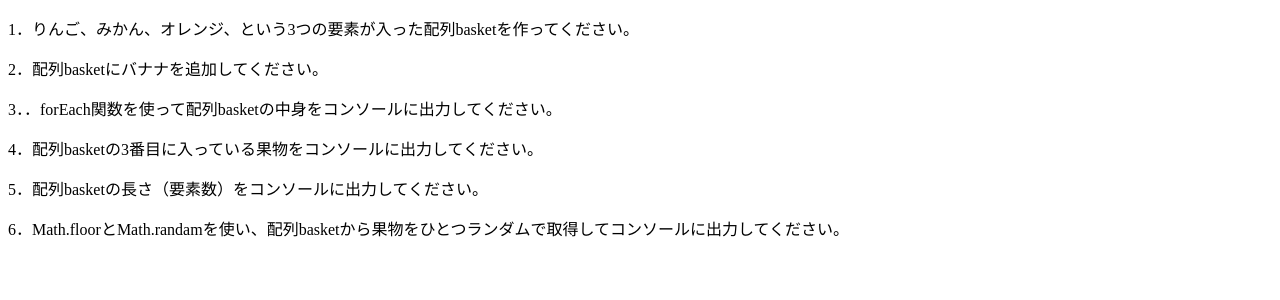
Repository: myojosamurai/Samurai_JS-
Page: javascript1/shukudai3-1.html
The author's editor kept a record of every edit. The page is drawn from the files as they stood at one moment, then again after the next edit.
The browser window is 1280 px wide. The pictures show the whole page.

Above is the page before.

### javascript1/shukudai3-1.html
<!DOCTYPE html>
<html lang="ja">
  <head>
    <meta charset="utf-8">
    <title>3章宿題</title>
<body>
    <p>1．りんご、みかん、オレンジ、という3つの要素が入った配列basketを作ってください。</p>
    <p>2．配列basketにバナナを追加してください。</p>
    <p>3．．forEach関数を使って配列basketの中身をコンソールに出力してください。</p>
    <p>4．配列basketの3番目に入っている果物をコンソールに出力してください。</p>
    <p>5．配列basketの長さ（要素数）をコンソールに出力してください。</p>
    <p>6．Math.floorとMath.randamを使い、配列basketから果物をひとつランダムで取得してコンソールに出力してください。</p>
    <script>
       const basket = ['りんご','みかん','オレンジ'];
       basket.push('バナナ');

       basket.forEach( element => {
          console.log(element);
       })

       console.log(basket[2]);
       console.log(basket.length);
       const rnd = Math.floor(Math.random() * basket.length);
       console.log(basket[rnd]);
    </script>
</body>
</html>

After the next edit:
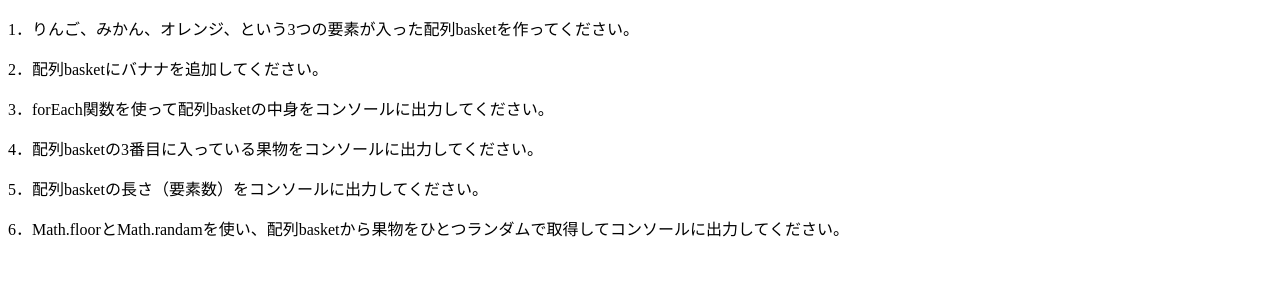
The edit:
--- a/javascript1/shukudai3-1.html
+++ b/javascript1/shukudai3-1.html
@@ -6,7 +6,7 @@
 <body>
     <p>1．りんご、みかん、オレンジ、という3つの要素が入った配列basketを作ってください。</p>
     <p>2．配列basketにバナナを追加してください。</p>
-    <p>3．．forEach関数を使って配列basketの中身をコンソールに出力してください。</p>
+    <p>3．forEach関数を使って配列basketの中身をコンソールに出力してください。</p>
     <p>4．配列basketの3番目に入っている果物をコンソールに出力してください。</p>
     <p>5．配列basketの長さ（要素数）をコンソールに出力してください。</p>
     <p>6．Math.floorとMath.randamを使い、配列basketから果物をひとつランダムで取得してコンソールに出力してください。</p>
